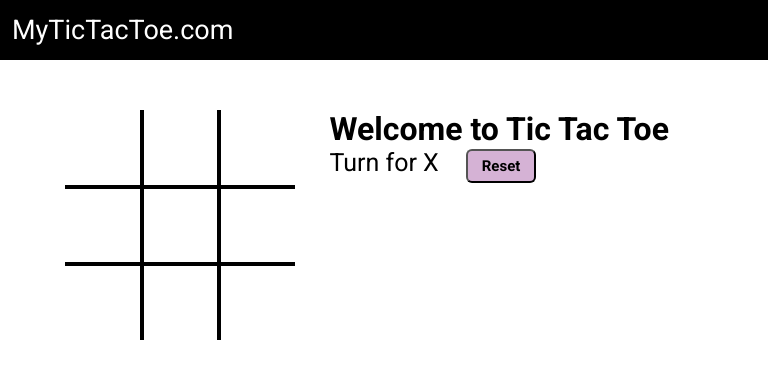
Repository: AshwinUgale/TicTacToe
Page: index.html
The author's editor kept a copy of each file at every save. The page is drawn from the files as they stood at one save, then again after the next save.
The browser window is 768 px wide. The pictures show the whole page.

Above is the page before, as saved 2024-12-19 13:07:19.

After the next save:
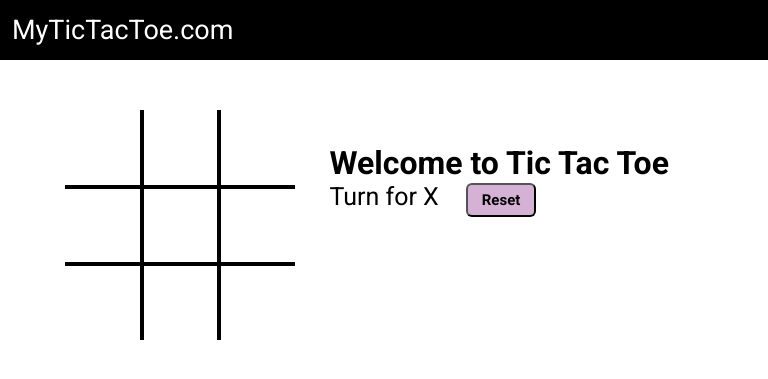
Saved 51 s later.
--- a/style.css
+++ b/style.css
@@ -92,4 +92,7 @@ nav ul{
     .gameContainer{
         flex-wrap: wrap;
     }
+    .gameInfo{
+        margin-top: 34px;
+    }
 }
